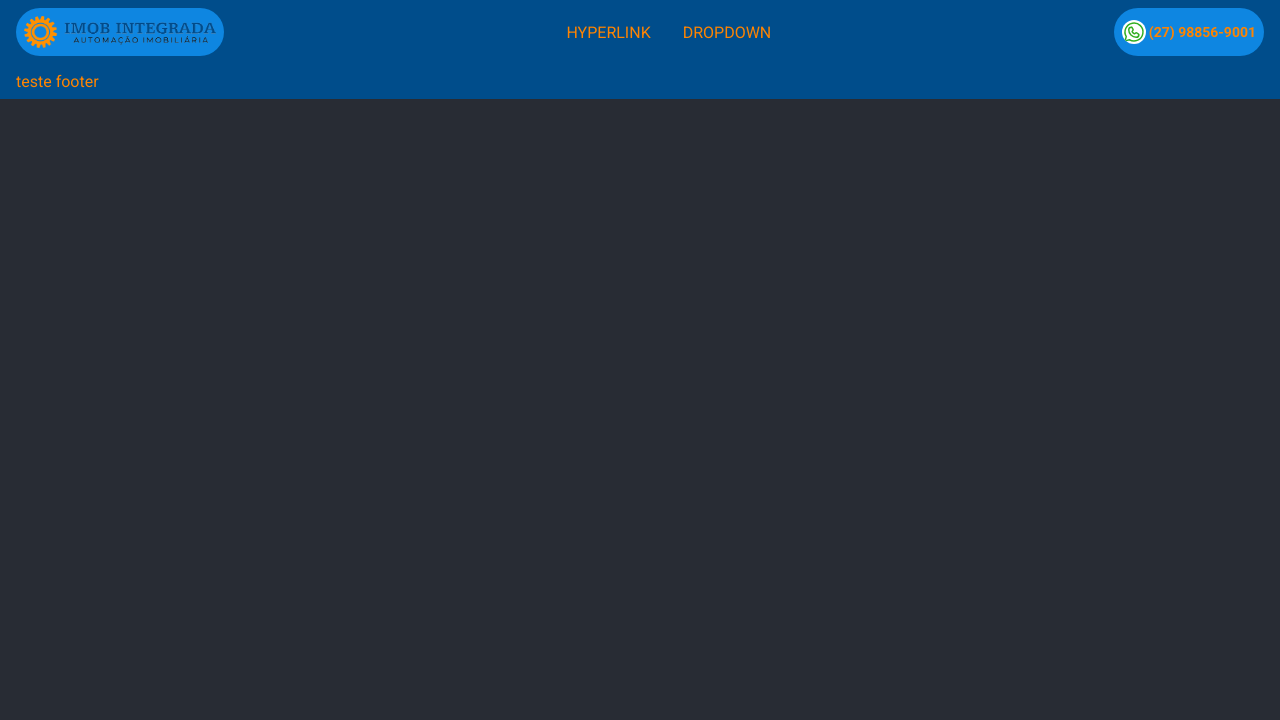
Repository: K0slov/testeAPI
Page: /
The author's editor kept a copy of each file at every save. The page is drawn from the files as they stood at one save, then again after the next save.
The browser window is 1280 px wide. The pictures show the whole page.
The project was rebuilt for these pictures with package versions that can differ from the ones it lists, and the page was loaded fresh each time. Also part of the build but not shown: vite.config.ts.

Above is the page before, as saved 2022-06-27 16:52:50.

### index.html
<!DOCTYPE html>
<html lang="en">
  <head>
    <meta charset="UTF-8" />
    <link rel="icon" type="image/svg+xml" href="/src/favicon.svg" />
    <meta name="viewport" content="width=device-width, initial-scale=1.0" />
    <link rel="preconnect" href="https://fonts.googleapis.com" />
    <link rel="preconnect" href="https://fonts.gstatic.com" crossorigin />
    <link href="https://fonts.googleapis.com/css2?family=Roboto:wght@400;500;700&display=swap" rel="stylesheet" />
    <title>Teste Imob</title>
  </head>
  <body>
    <div id="root"></div>
    <script type="module" src="/src/main.tsx"></script>
  </body>
</html>

### src/main.tsx
import React from 'react'
import ReactDOM from 'react-dom/client'
import App from './App'
import './styles/global.css'

ReactDOM.createRoot(document.getElementById('root')!).render(
  <React.StrictMode>
    <div style={{height: '100%', display: 'flex', flexDirection: 'column', justifyContent: 'space-between', flex: 1}}>
      <App />
    </div>
  </React.StrictMode>
)

### src/App.tsx
import { Footer } from "./components/Footer/footer"
import { Header } from "./components/Header/header"


function App() {
  return (
    <>
      <Header />
      <Footer />
    </>
  )
}

export default App

### src/styles/global.css
body {
  height: 100%;
  margin: 0;
  font-family: 'Roboto', sans-serif;
  -webkit-font-smoothing: antialiased;
  -moz-osx-font-smoothing: grayscale;
  background-color: #282c34;
  color: white;
}
html {
  height: 100%;
}
code {
  font-family: source-code-pro, Menlo, Monaco, Consolas, 'Courier New',
    monospace;
}

### src/components/Footer/footer.tsx
import './style.modeule.css'
import image from '../../assets/logoLaranja.png'

export function Footer() {
    return (
        <footer> teste footer </footer>
    )
}

### src/components/Header/header.tsx
import './style.modeule.css'
import image from '../../assets/logoLaranja.png'
import { WhatsappLogo } from "phosphor-react";

export function Header() {
    return(
        <header>
            <img src={image} />

            <nav className="menu">
                <a className="menu-item" href=" ">HYPERLINK</a>
                <a className="menu-item" href=" ">DROPDOWN</a>
            </nav>

            <a className="wppLink" href="">
                <div className="wpp">
                    <WhatsappLogo className="icon" size={24} color="#34af23" />
                    <p className="number">(27) 98856-9001</p>
                </div>
            </a>
        </header>
    )
}

### src/components/Footer/style.modeule.css
footer{
    padding: 0.5rem 1rem;
    background-color: #004d8b;
    display: flex;
    align-items: center;
    color: #fd8402;
    justify-content: space-between;
}

### src/components/Header/style.modeule.css
header{
    padding: 0.5rem 1rem;
    background-color: #004d8b;
    display: flex;
    align-items: center;
    color: #fd8402;
    justify-content: space-between;
}
img{
    width: 12rem;
    height: 2rem;
    background: #0e86e1;
    border-radius: 5rem;
    padding: 0.5rem;
}
.wpp {
    width: auto;
    height: 2rem;
    display: flex;
    flex-direction: row;
    background: #0e86e1;
    border-radius: 5rem;
    padding: 0.5rem;
    align-items: center;
    justify-content: flex-start;
}
.number {
    margin-left: 0.2rem;
    font-size: 14px;
}
.wppLink {
    text-decoration: none;
    color: #fd8402;
    font-weight: bold;

}
.wppLink:hover {
    color: #0e86e1;
    transition-duration: 150ms;
}
.wpp:hover {
    background: #fd8402;
    transition-duration: 150ms;
}
.menu {
    display: flex;
    justify-content: space-between;
}

.menu-item {
    margin: 0rem 1rem;
    color: #fd8402;
    text-decoration: none;
}
.menu-item:hover {
    opacity: 40%;
}
.icon {
    background: white;
    border-radius: 50%;
}

After the next save:
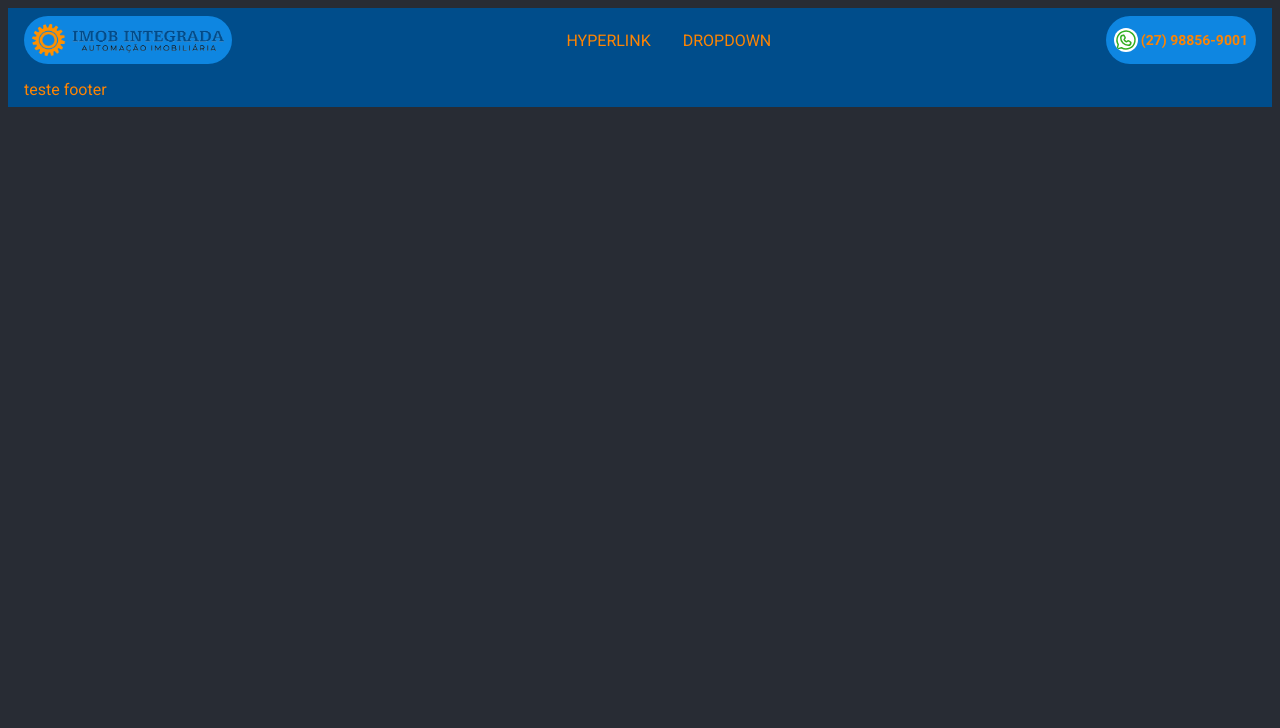
Saved 64 s later.
--- a/src/styles/global.css
+++ b/src/styles/global.css
@@ -1,6 +1,5 @@
 body {
   height: 100%;
-  margin: 0;
   font-family: 'Roboto', sans-serif;
   -webkit-font-smoothing: antialiased;
   -moz-osx-font-smoothing: grayscale;

After the save that followed:
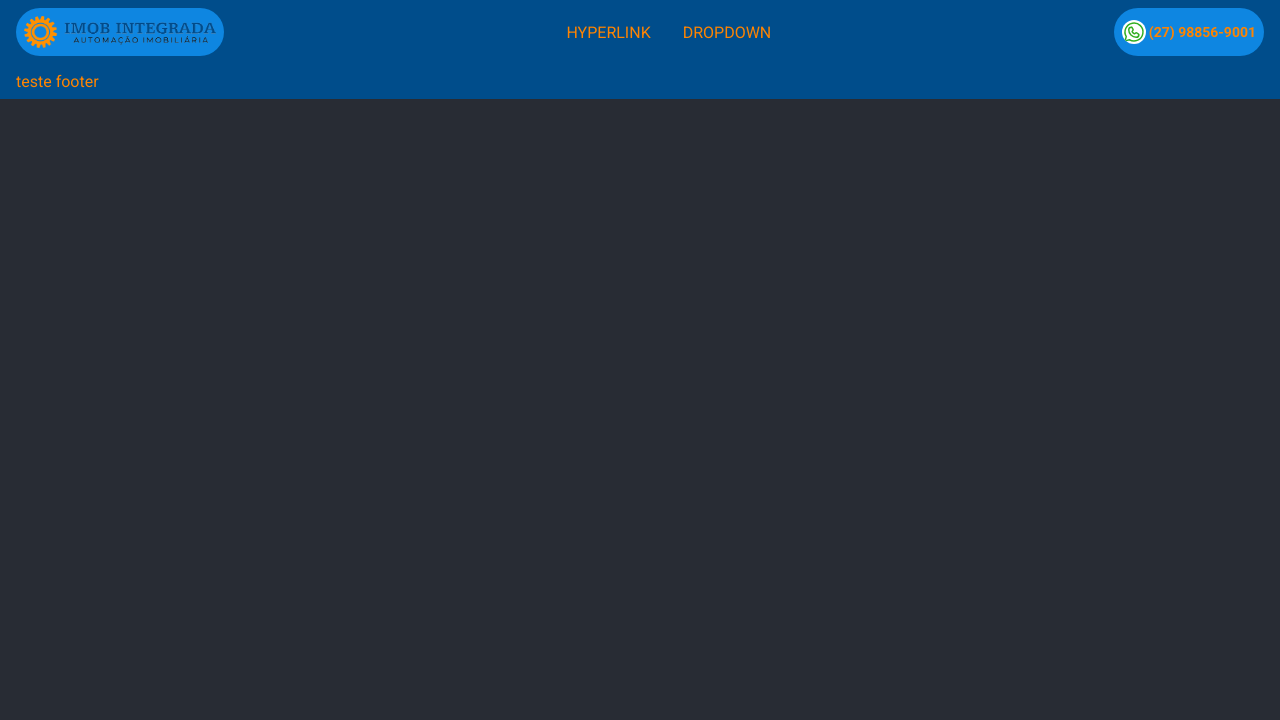
Saved 8 s later.
--- a/src/styles/global.css
+++ b/src/styles/global.css
@@ -1,5 +1,6 @@
 body {
   height: 100%;
+  margin: 0;
   font-family: 'Roboto', sans-serif;
   -webkit-font-smoothing: antialiased;
   -moz-osx-font-smoothing: grayscale;
